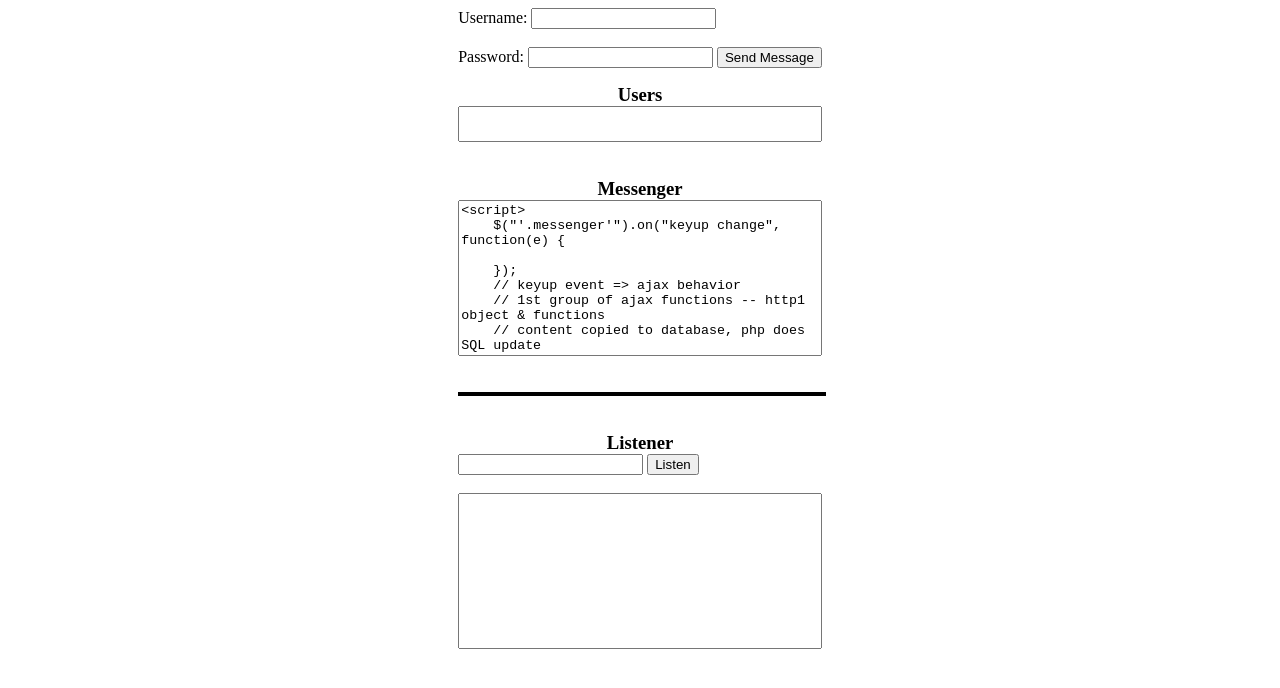
Repository: hosua/it-202
Page: http://localhost/
These files come from the project's save history. The page is drawn as it stood at one moment and after the next save; the edit follows.
The browser window is 1280 px wide. The pictures show the whole page.
The page is run by PHP 8.4 with error messages shown; the project is at /var/www/html/. Queries for data that is not in the repository find no rows.

Above is the page before, as saved 2022-12-02 05:52:49.

After the next save:
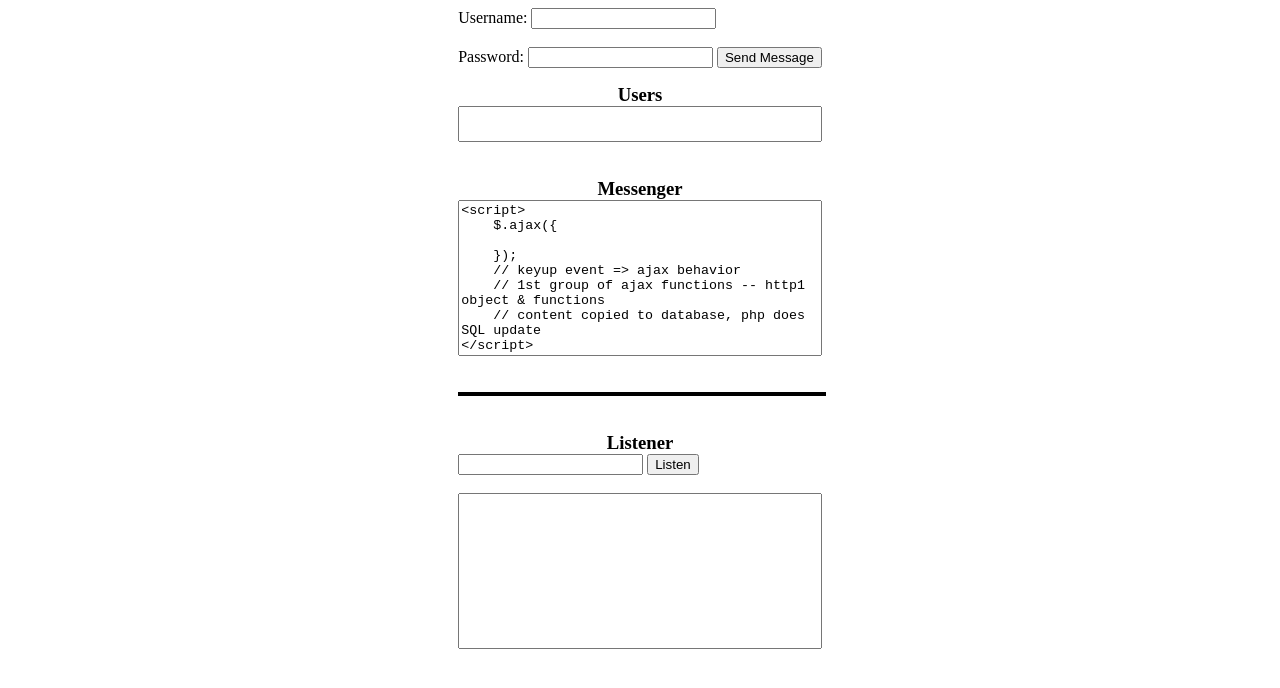
Saved 68 s later.
--- a/assign5/index.php
+++ b/assign5/index.php
@@ -37,7 +37,7 @@ while ($row = $query_res->fetch_assoc()) {
     <h3 style="margin: auto;"> Messenger </h3>
 <textarea id=messenger name=messenger cols=40 rows=10>
 <script>
-    $("'.messenger'").on("keyup change", function(e) {
+    $.ajax({
 
     });
     // keyup event => ajax behavior
